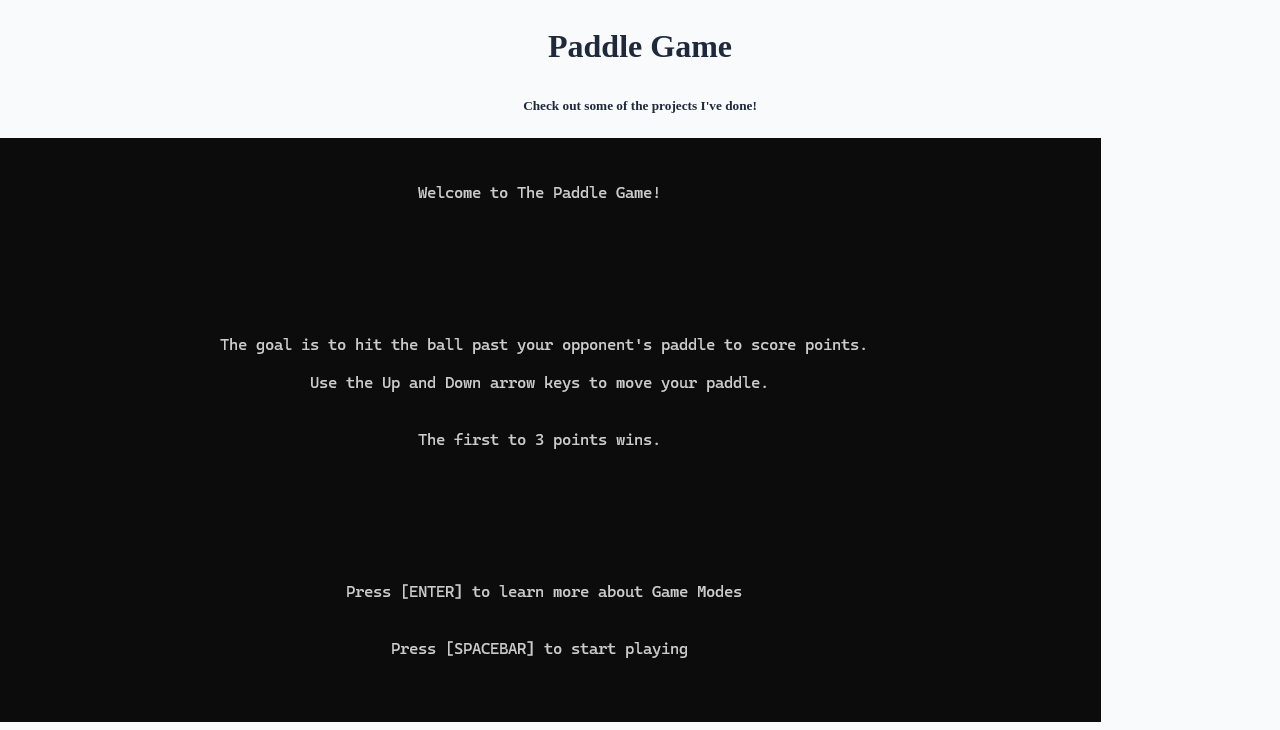
Repository: alison-cunningham/alison-cunningham
Page: pages/paddle-game.html
The author's editor kept a copy of each file at every save. The page is drawn from the files as they stood at one save, then again after the next save.
The browser window is 1280 px wide. The pictures show the whole page.
Some web fonts or font styles are not loaded; a fallback is used.

Above is the page before, as saved 2026-05-08 20:43:01.

### pages/paddle-game.html
<!DOCTYPE html>
<html lang="en">
<head>
    <meta charset="UTF-8" />
    <title>Project - Paddle Game</title>
    <meta name="viewport" content="width=device-width, initial-scale=1.0">
    <link rel="stylesheet" href="../styles/globals.css"/>
    <link rel="stylesheet" href="../styles/pages.css">
</head>
<body>
    <header class="project-header">
        <h1>Paddle Game</h1>
        <h5>Check out some of the projects I've done!</h5>
    </header>


    <img src="../assets/images/paddle-game-screenshot-2.png" alt="Screenshot from Paddle Game gameplay">



</body>

</html>

### styles/globals.css
@font-face{
    font-family: 'Radio-Canada';
    src: url('../assets/fonts/Radio_Canada/RadioCanada-VariableFont_wdth\,wght.ttf')
}



body{
    font-family: 'Radio-Canada';

    background-color: #f8fafc;
    color: #1e293b;

    line-height: 1.6;
    font-size: 1rem;

    margin: 0;
    overflow-x: hidden;
}


a{
    text-decoration: none;
    color: inherit;
}

h3{
    font-size: 1.4rem;
    margin-bottom: 1rem;
    color: #0f172a;
}

### styles/pages.css
.project-header{
    display: grid;
    justify-content: center;
    text-align: center;


}

h1{
    margin-bottom: 0;
}

nav{
    width: 100%;
    background-color: #ffffff;

    border-bottom: .2rem solid #e5e7eb;
    border-top: .2rem solid #e5e7eb;

    display: flex;
    flex-direction: row;
    justify-content: space-evenly;

    align-items: center;

}

nav a{

    flex: 0 0 auto;

    text-decoration: none;
    color: #60a5fa;

    padding: 1rem;
    border-radius: .5rem;

    font-size: 1.1rem;
    font-weight: 600;

    transition:
    background-color 0.3s ease,
    color 0.3s ease,
    transform 0.2s ease;
}

nav a:hover{
    background-color: #34d399;
    color: white;
}


iframe{
    width: 100%;
    min-height: 80vh;
    border: 0;
}

After the next save:
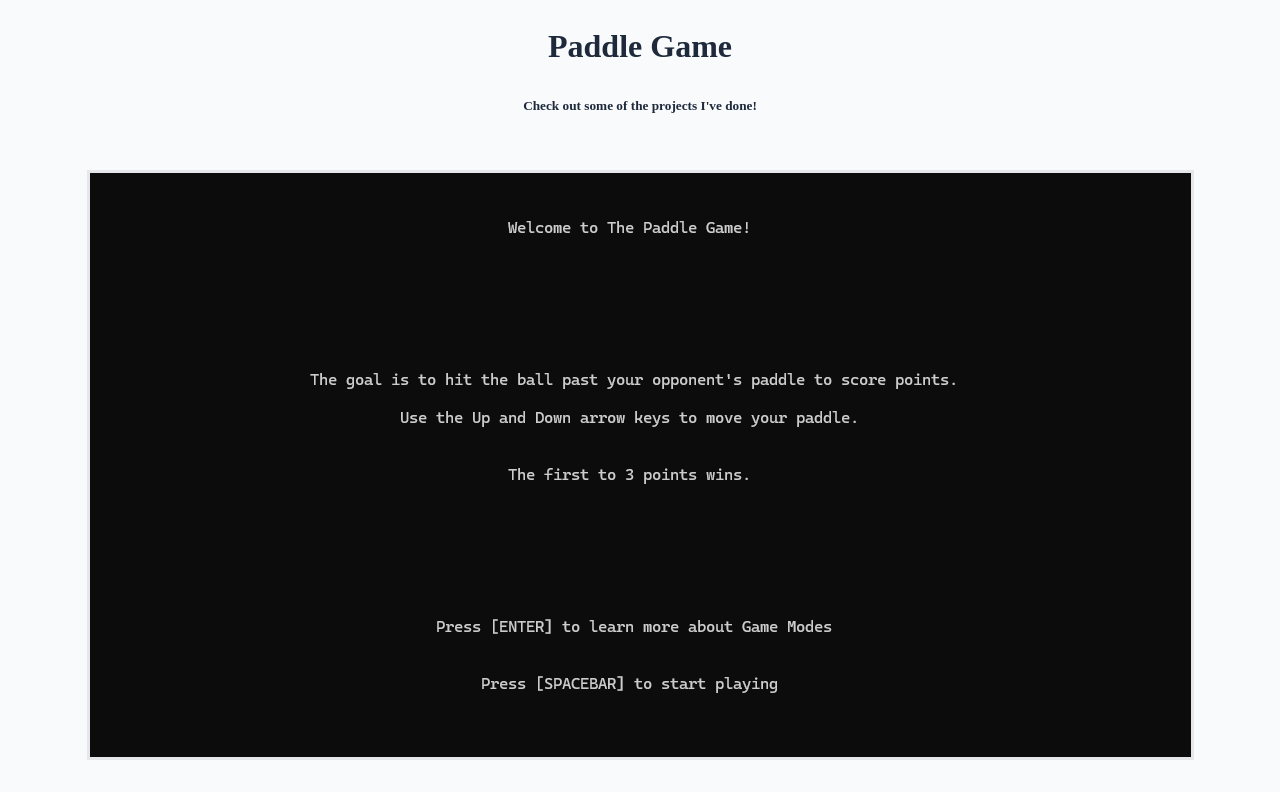
Saved 2 min 27 s later.
--- a/styles/pages.css
+++ b/styles/pages.css
@@ -49,6 +49,13 @@ nav a:hover{
     color: white;
 }
 
+img{
+    display: block;
+    max-width: 90%;
+    margin: 2rem auto;
+    border: .2rem solid #e5e7eb;
+}
+
 
 iframe{
     width: 100%;
